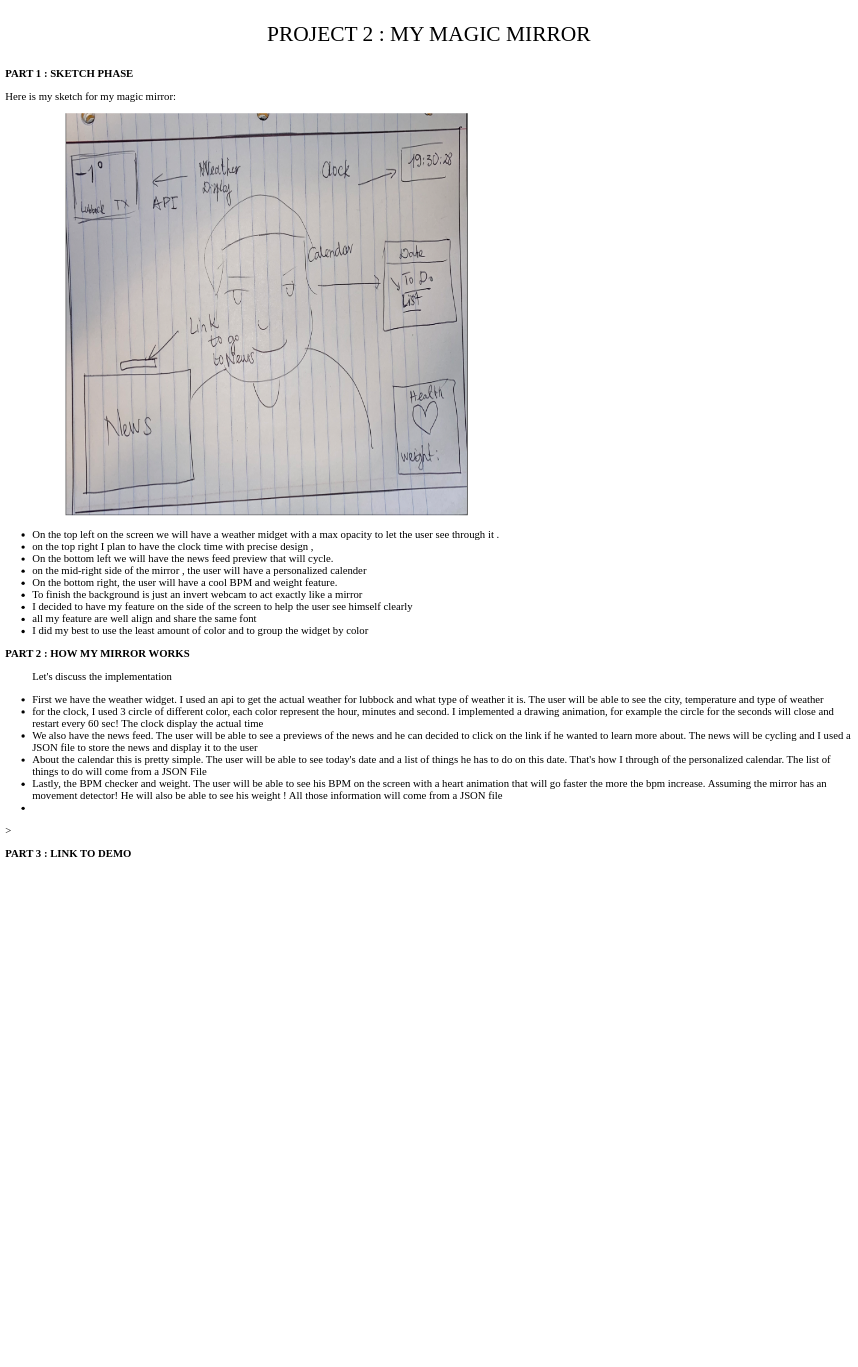
Repository: Chrisrk99/Chrisrk99.github-io
Page: index.html
An editor plug-in stored every save of this project. The page is shown before and after the next save, followed by the edit.
The browser window is 1280 px wide. The pictures show the whole page, at 67% of full size.

Above is the page before, as saved 2022-11-15 21:22:37.

After the next save:
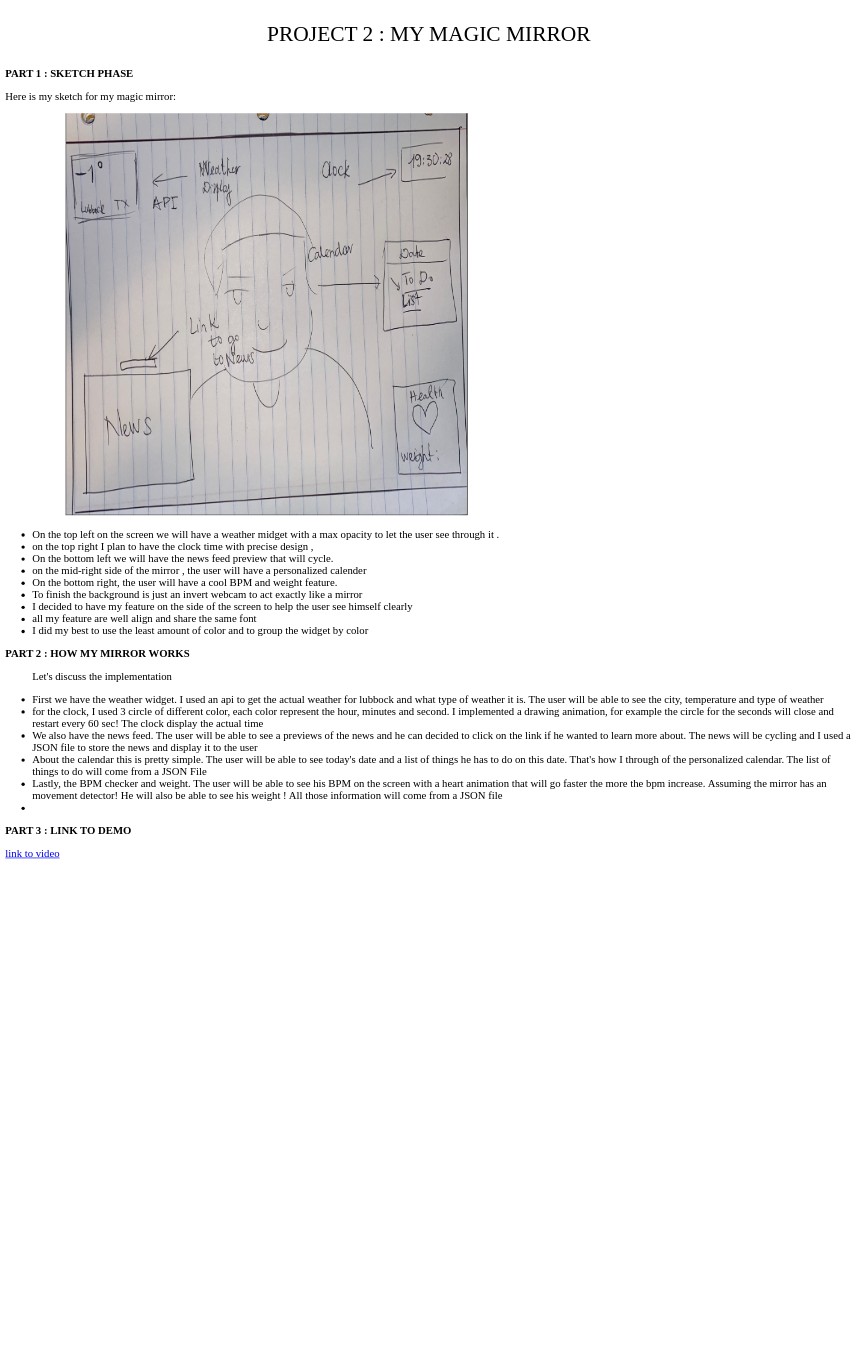
Saved 22 min 51 s later.
--- a/index.html
+++ b/index.html
@@ -39,12 +39,12 @@
   <li> About the calendar this is pretty simple. The user will be able to see today's date and a list of things he has to do on this date. That's how I through of the personalized calendar. The list of things to do will come from a JSON File</li>
   <li> Lastly, the BPM checker and weight. The user will be able to see his BPM on the screen with a heart animation that will go faster the more the bpm increase. Assuming the mirror has an movement detector! He will also be able to see his weight ! All those information will come from a JSON file</li>
   <li></li>
- </ul>>
+ </ul>
 
 
  <p><b> PART 3 : LINK TO DEMO </b></p>
 
-
+ <a href="https://youtu.be/R79XTKayW5Q">link to video</a>
 
 
 
